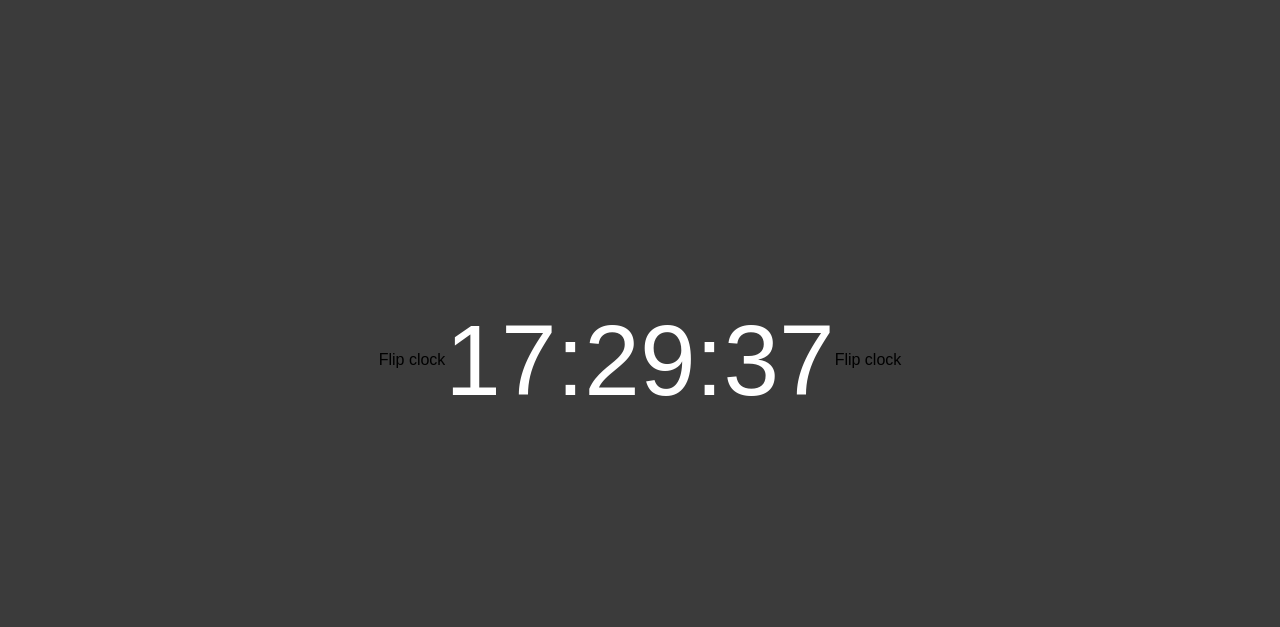
Repository: ThibautCptr/flip_clock
Page: index.html
An editor plug-in stored every save of this project. The page is shown before and after the next save, followed by the edit.
The browser window is 1280 px wide. The pictures show the whole page.

Above is the page before, as saved 2024-09-18 17:49:38.

### index.html
<!DOCTYPE html>
<html lang="fr">
<head>
    <meta charset="UTF-8">
    <meta name="viewport" content="width=device-width, initial-scale=1.0">
    <script src="https://code.jquery.com/jquery-3.7.1.js" integrity="sha256-eKhayi8LEQwp4NKxN+CfCh+3qOVUtJn3QNZ0TciWLP4=" crossorigin="anonymous"></script>
    <link rel="stylesheet" href="./css/style.css">
    <script src="./js/moment.js""></script>
    <script src="./js/moment_tz.js""></script>
    <script src="./js/script.js"></script>
    <title>Flip clock</title>
</head>
<body>
    <div id="clock"></div>
    <div id="clock_2"></div>
</body>
</html>
<!DOCTYPE html>
<html lang="fr">
<head>
    <meta charset="UTF-8">
    <meta name="viewport" content="width=device-width, initial-scale=1.0">
    <script src="https://code.jquery.com/jquery-3.7.1.js" integrity="sha256-eKhayi8LEQwp4NKxN+CfCh+3qOVUtJn3QNZ0TciWLP4=" crossorigin="anonymous"></script>
    <link rel="stylesheet" href="./css/style.css">
    <script src="./js/moment.js""></script>
    <script src="./js/moment_tz.js""></script>
    <script src="./js/script.js"></script>
    <title>Flip clock</title>
</head>
<body>
    <div id="clock"></div>
</body>
</html>

### css/style.css
* {
    background-color: #3b3b3b;
    font-family: Arial, sans-serif;
    margin: 0;
    padding: 0;
    display: flex;
    justify-content: center;
    align-items: center;
    align-content: center;
    height: 100%;
}

#clock, #clock_2 {
    color: #fff;
    font-size: 100px;
    text-align: center;
}

### js/script.js
$(document).ready(function() {
    setInterval(function() {
        // let date = moment();
        // $('#clock').text(date.tz('Europe/Paris').format('H:mm:ss'));

        date = new Date();
        $('#clock_2').text(date.toLocaleTimeString('fr-FR'));

    },1000);
});

Loaded but not shown: js/moment.js (library); js/moment_tz.js (common file)

After the next save:
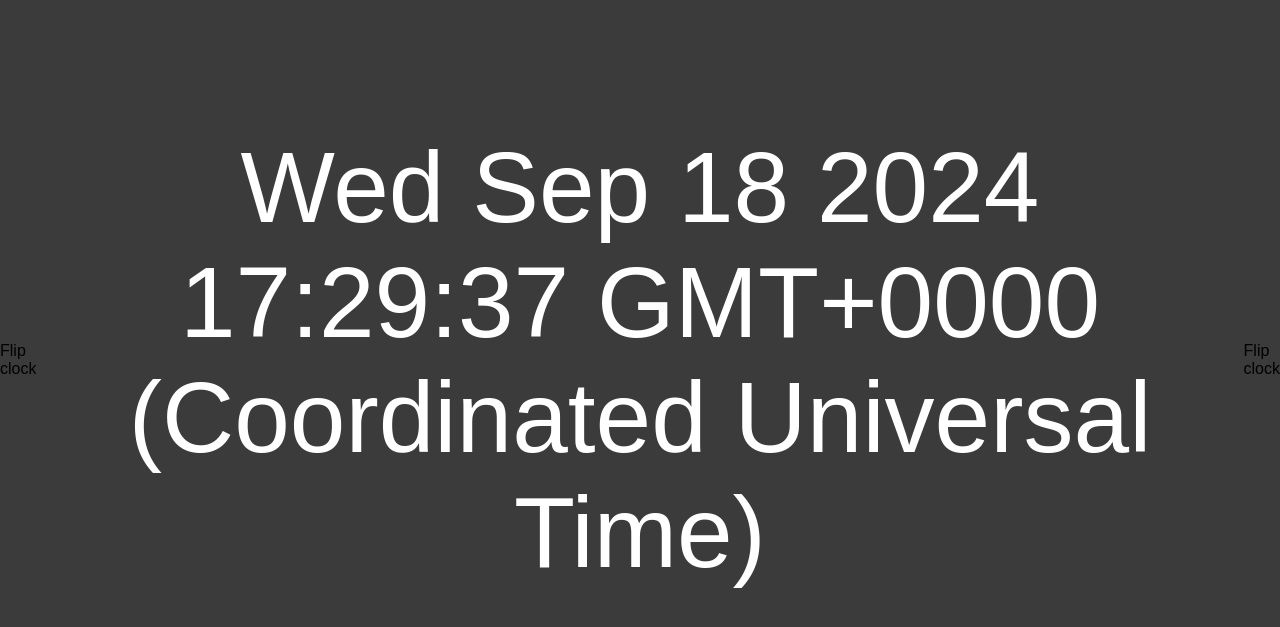
Saved 9 s later.
--- a/js/script.js
+++ b/js/script.js
@@ -4,7 +4,7 @@
         // $('#clock').text(date.tz('Europe/Paris').format('H:mm:ss'));
 
         date = new Date();
-        $('#clock_2').text(date.toLocaleTimeString('fr-FR'));
+        $('#clock_2').text(date);
 
     },1000);
 });
